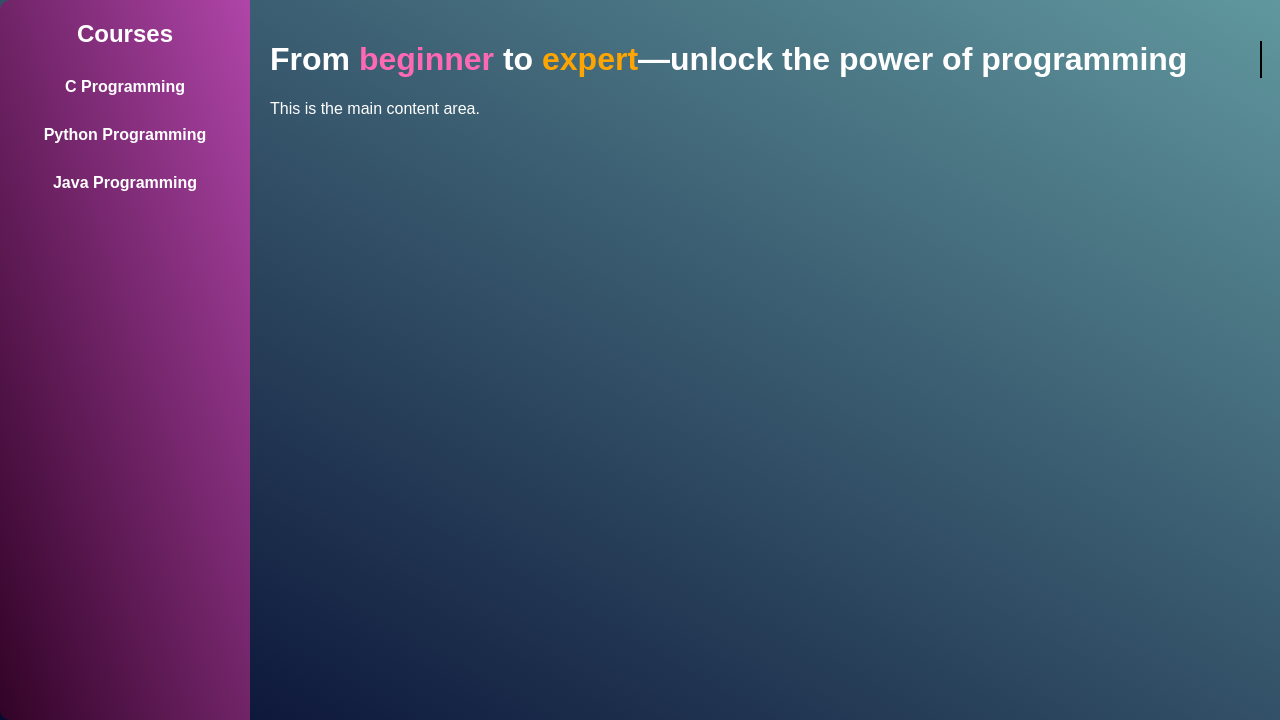
Repository: RishitSharma88/SeaGro
Page: templates/learningcourses.html
An editor plug-in stored every save of this project. The page is shown before and after the next save, followed by the edit.
The browser window is 1280 px wide. The pictures show the whole page.
The template is drawn by Flask 3. The application's start-up code is not run. Other server files are loaded and not shown. The template is opened directly, without the code that normally fills it, so the values that code supplies are empty.

Above is the page before, as saved 2024-12-28 14:03:22.

### templates/learningcourses.html
<!DOCTYPE html>
<html lang="en">
<head>
    <meta charset="UTF-8">
    <meta name="viewport" content="width=device-width, initial-scale=1.0">
    <title>Learning Courses</title>
    <style>
        body {
            margin: 0;
            padding: 0;
            font-family: 'Arial', sans-serif;
            background: linear-gradient(to bottom left, #60979e, #050a30);
            color: #FFFFFF;
            display: flex;
            height: 100vh;
            overflow: hidden;
        }

        .sidebar {
            background: linear-gradient(to bottom left, #af45a8, #320327);
            color: #ffff;
            width: 250px;
            height: 100%;
            border-radius: 10px 0 0 10px;
            overflow: auto;
            display: flex;
            flex-direction: column;
            align-items: center;
            position: fixed;
            left: 0;
            top: 0;
            transition: transform 0.3s ease;
        }
        .h {
            font-size: 24px;
            font-weight: bold;
            text-align: center;
            margin: 20px 0;
        }
        .side-links {
            display: flex;
            flex-direction: column;
            gap: 10px;
            width: 100%;
            padding: 0 10px;
        }

        .side-links a {
            text-decoration: none;
            color: #fff;
            font-size: 1rem;
            font-weight: bold;
            padding: 10px;
            border-radius: 5px;
            text-align: center;
            transition: background-color 0.3s ease;
        }

        .side-links a:hover {
            background-color: rgba(255, 255, 255, 0.2);
        }
        .main-content {
            margin-left: 250px;
            flex: 1;
            padding: 20px;
            transition: margin-left 0.3s ease;
        }
        .typing {
            width: 0;
            overflow: hidden;
            white-space: nowrap;
            border-right: 2px solid black;
            animation: typing 2s steps(20) forwards, blink 1s step-end infinite;
        }
        @keyframes typing {
            from {
                width: 0;
            }
            to {
                width: 100%;
            }
        }

        @keyframes blink {
            50% {
                border-color: transparent;
            }
        }
        .highlight1{
            color:#ff69b4
        }
        .highlight2{
            color:#ffa500
        }

        /*.sidebar.collapsed {
            transform: translateX(-250px);
        }





        .toggle-btn {
            position: fixed;
            top: 50%;
            left: 250px;
            transform: translateY(-50%);
            background: #de7a50;
            color: #fff;
            border: none;
            border-radius: 5px;
            font-size: 20px;
            cursor: pointer;
            transition: left 0.3s ease;
        }

        .toggle-btn.collapsed {
            left: 0;
        }



        .sidebar.collapsed + .main-content {
            margin-left: 0;
        }*/
    </style>
</head>
<body>
    <div class="sidebar">
        <h1 class="h">Courses</h1>
        <div class="side-links">
            <a href="coursetemp.html">C Programming</a>
            <a href="coursetemp.html">Python Programming</a>
            <a href="coursetemp.html">Java Programming</a>
        </div>
    </div>
    <!-- <button class="toggle-btn">&#9664;</button> -->

    <div class="main-content">
        <h1 class="typing">
            From <span class="highlight1">beginner</span> to <span class="highlight2">expert</span>—unlock the power of programming
        </h1>
        <p>This is the main content area.</p>
    </div>

    <!-- <script>
        const sidebar = document.querySelector('.sidebar');
        const toggleBtn = document.querySelector('.toggle-btn');

        toggleBtn.addEventListener('click', () => {
            sidebar.classList.toggle('collapsed');
            toggleBtn.classList.toggle('collapsed');


            toggleBtn.innerHTML = sidebar.classList.contains('collapsed') ? '&#9654;' : '&#9664;';
        });
    </script> -->
</body>
</html>

After the next save:
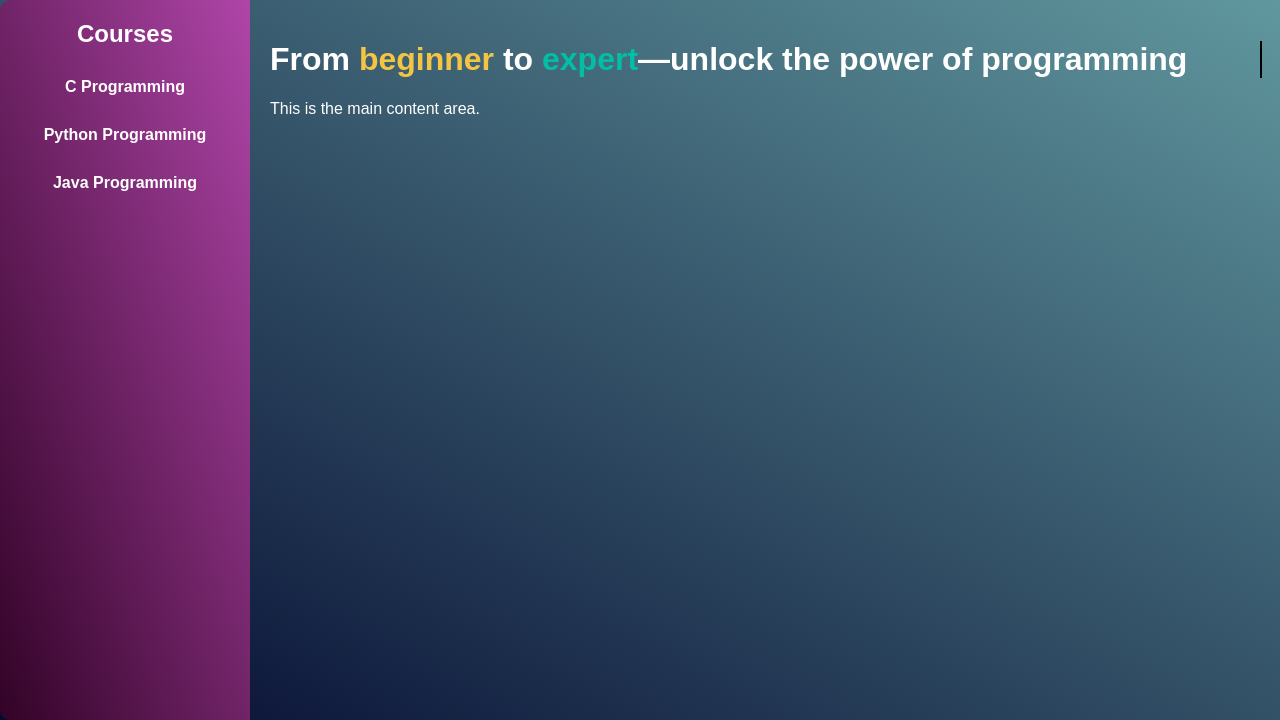
Saved 69 s later.
--- a/templates/learningcourses.html
+++ b/templates/learningcourses.html
@@ -87,10 +87,10 @@
             }
         }
         .highlight1{
-            color:#ff69b4
+            color:#f4c542
         }
         .highlight2{
-            color:#ffa500
+            color:#00bfa5
         }
 
         /*.sidebar.collapsed {
